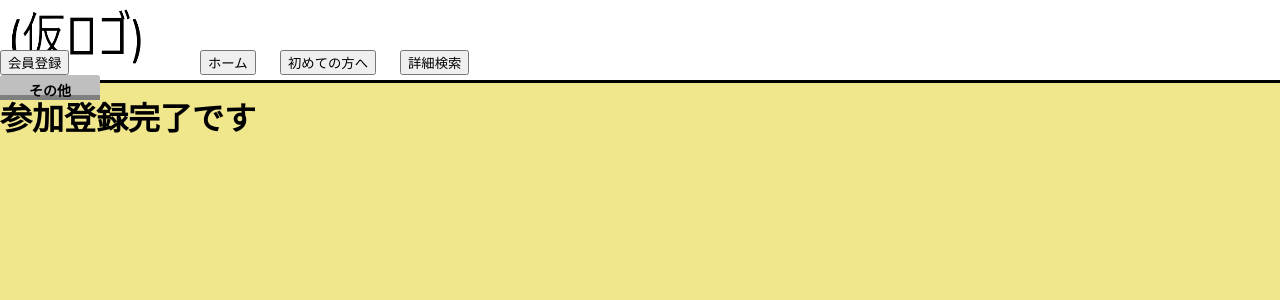
Repository: k0816/backup-master
Page: http://localhost/cycle/partyJoinComplete .jsp
The author's editor kept a copy of each file at every save. The page is drawn from the files as they stood at one save, then again after the next save.
The browser window is 1280 px wide. The pictures show the whole page.
The page is served by Tomcat 9. Other server files are loaded and not shown.

Above is the page before, as saved 2018-01-18 04:44:14.

### cycle/WebContent/partyJoinComplete .jsp
<%@ page language="java" contentType="text/html; charset=UTF-8"
    pageEncoding="UTF-8"%>
    <%@ taglib prefix="s" uri="/struts-tags"%>
<!DOCTYPE html PUBLIC "-//W3C//DTD HTML 4.01 Transitional//EN" "http://www.w3.org/TR/html4/loose.dtd">
<html>
<head>
<meta http-equiv="Content-Type" content="text/html; charset=UTF-8">
<title>Insert title here</title>
</head>
<body>
<jsp:include page="/includeHeader.jsp" flush="true" />

<h1>参加登録完了です</h1>
</body>
</html>

### cycle/WebContent/includeHeader.jsp
<%@ page language="java" contentType="text/html; charset=UTF-8"
	pageEncoding="UTF-8"%>
<%@ taglib prefix="s" uri="/struts-tags"%>
<!DOCTYPE html PUBLIC "-//W3C//DTD HTML 4.01 Transitional//EN" "http://www.w3.org/TR/html4/loose.dtd">
<html>
<head>

<meta http-equiv="Content-Type" content="text/html; charset=utf-8" />
<meta http-equiv="Content-Style-Type" content="text/css" />
<meta http-equiv="Content-Script-Type" content="text/javascript" />
<meta http-equiv="imagetoolbar" content="no" />
<meta name="description" content="" />
<meta name="keywords" content="" />

<script type="text/javascript" >

</script>

<title>ヘッダー記述</title>

<style type="text/css">
#header {
	width: 100%;
	height: 80px;
	background-color: white;
	border-bottom: 3px solid black;
	position: fixed;
}

#welcome {
    position: absolute;
	left: 200px;
	top:20px;
}

.botan {
	position: absolute;
	top: 50px;
}

#home {
	position: absolute;
	left: 200px;
}

#new {
	position: absolute;
	left: 280px;
}

#search {
	position: absolute;
	left: 400px;
}

#other {
	position: absolute;
	left: 500px;
}

#create&mypage {
	position: absolute;
	left: 505px;
}

#other{
    position: absolute;
    left: 600px;

}

/*背景設定*/
body {
	/* background: url("./image/wood.jpg"); */
	background-color: #F0E68C;
	margin: 0;
	padding: 0;
}

/* ドロップダウンメニュー設定 */
#dropmenu {
	list-style-type: none;
	width: 100px;
	height: 20px;
	margin: 0px auto 0px;
	padding: 0;
	background: #bfbfbf;
	border-bottom: 5px solid #7f7f7f;
	border-radius: 3px 3px 0 0;
}

#dropmenu li {
	position: relative;
	width: 100%;
	float: left;
	margin: 0;
	padding: 0;
	text-align: center;
}

#dropmenu li a {
	display: block;
	margin: 0;
	padding: 10px ;
	color: #000000;
	font-size: 14px;
	font-weight: bold;
	line-height: 1;
	text-decoration: none;
}

#dropmenu li:hover>a {
	background: #bfbfbf;
	color: black;
}

#dropmenu>li:hover>a {
	border-radius: 3px 3px 0 0;
}

#dropmenu li ul {
	list-style: none;
	position: absolute;
	top: 100%;
	left: 0;
	margin: 0;
	padding: 0;
	border-radius: 0 0 3px 3px;
}

#dropmenu li ul li {
	overflow: hidden;
	width: 100%;
	height: 0;
	color: #fff;
	-moz-transition: .2s;
	-webkit-transition: .2s;
	-o-transition: .2s;
	-ms-transition: .2s;
	transition: .2s;
}

#dropmenu li ul li a {
	padding: 13px 13px;
	background:#bfbfbf;
	text-align: center;
	font-size: 12px;
	font-weight: normal;
}

#dropmenu li:hover ul li {
	overflow: visible;
	height: 38px;
	border-top: 1px solid #bfbfbf;
	border-bottom: 1px solid #616d0b;
}

#dropmenu li:hover ul li:first-child {
	border-top: 0;
}

#dropmenu li:hover ul li:last-child {
	border-bottom: 0;
}

#dropmenu li:hover ul li:last-child a {
	border-radius: 0 0 3px 3px;
}
</style>

</head>
<body>

	<div id="header">
		<img src="image\logotest.jpg" width="150" height="80">

		<div id="welcome">
		<s:if test="#session.loginUser != null">
		ようこそ！<s:property value="#session.loginUser.getUserName()" escape="false" />様！
		</s:if>

		</div>


		<div class="botan">

			<div id="home">
				<form action="GoHomeAction">
					<input type="submit" value="ホーム" />
				</form>
			</div>
			<div id="new">
				<form action="ToNewUserAction">
					<input type="submit" value="初めての方へ" />
				</form>
			</div>
			<div id="search">
				<form action="PartySearchAction">
					<input type="submit" value="詳細検索" />
				</form>
			</div>

			<div id="create">
					<s:if test="#session.loginUser != null">
				<ul id="dropmenu">
				<li><a href="#">マイページ</a>
					<ul>
						<li><a href="ToNewUserAction">お知らせ</a></li>
						<li><a href="#">会社概要</a></li>
						<li><a href="#">お問い合わせ</a></li>
						<li><s:if test="#session.loginUser != null"> <a href = "LogoutAction">ログアウト</a></s:if></li>
					</ul>
				</li>
			</ul>
					</s:if>
				<s:else>
				<form action="UserCreateAction">
					<input type="submit" value="会員登録" />
				</form>
				</s:else>
			</div>

			<ul id="dropmenu">
			    <div id=othoe>
				<li><a href="#">その他</a>
					<ul>
						<li><a href="ToNewUserAction">お知らせ</a></li>
						<li><a href="#">会社概要</a></li>
						<li><a href="#">お問い合わせ</a></li>
						<li><s:if test="#session.loginUser != null"> <a href = "LogoutAction">ログアウト</a></s:if></li>
					</ul>
				</li>
				</div>
			</ul>
		</div>
	</div>
	<br>
	<br>
	<br>
	<br>


</body>
</html>

After the next save:
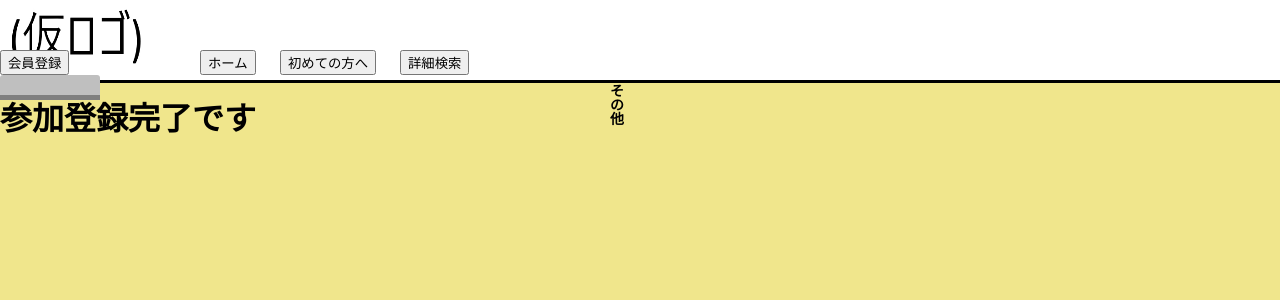
Saved 45 s later.
--- a/cycle/WebContent/includeHeader.jsp
+++ b/cycle/WebContent/includeHeader.jsp
@@ -221,7 +221,7 @@
 			</div>
 
 			<ul id="dropmenu">
-			    <div id=othoe>
+			    <div id=other>
 				<li><a href="#">その他</a>
 					<ul>
 						<li><a href="ToNewUserAction">お知らせ</a></li>

After the 2 saves that followed:
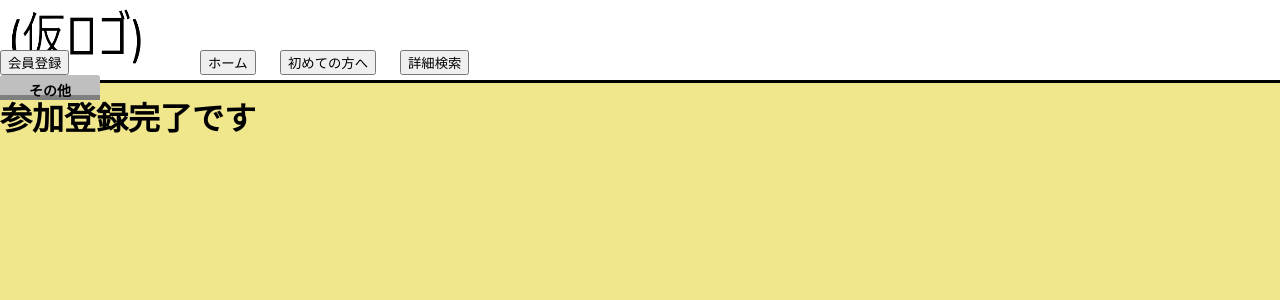
The 2 saves are shown as one change because 1 left the picture as it was.
The last was saved 90 s later.
--- a/cycle/WebContent/includeHeader.jsp
+++ b/cycle/WebContent/includeHeader.jsp
@@ -200,7 +200,7 @@
 				</form>
 			</div>
 
-			<div id="create">
+			<div id="create&mypage">
 					<s:if test="#session.loginUser != null">
 				<ul id="dropmenu">
 				<li><a href="#">マイページ</a>
@@ -221,7 +221,6 @@
 			</div>
 
 			<ul id="dropmenu">
-			    <div id=other>
 				<li><a href="#">その他</a>
 					<ul>
 						<li><a href="ToNewUserAction">お知らせ</a></li>
@@ -230,7 +229,6 @@
 						<li><s:if test="#session.loginUser != null"> <a href = "LogoutAction">ログアウト</a></s:if></li>
 					</ul>
 				</li>
-				</div>
 			</ul>
 		</div>
 	</div>
